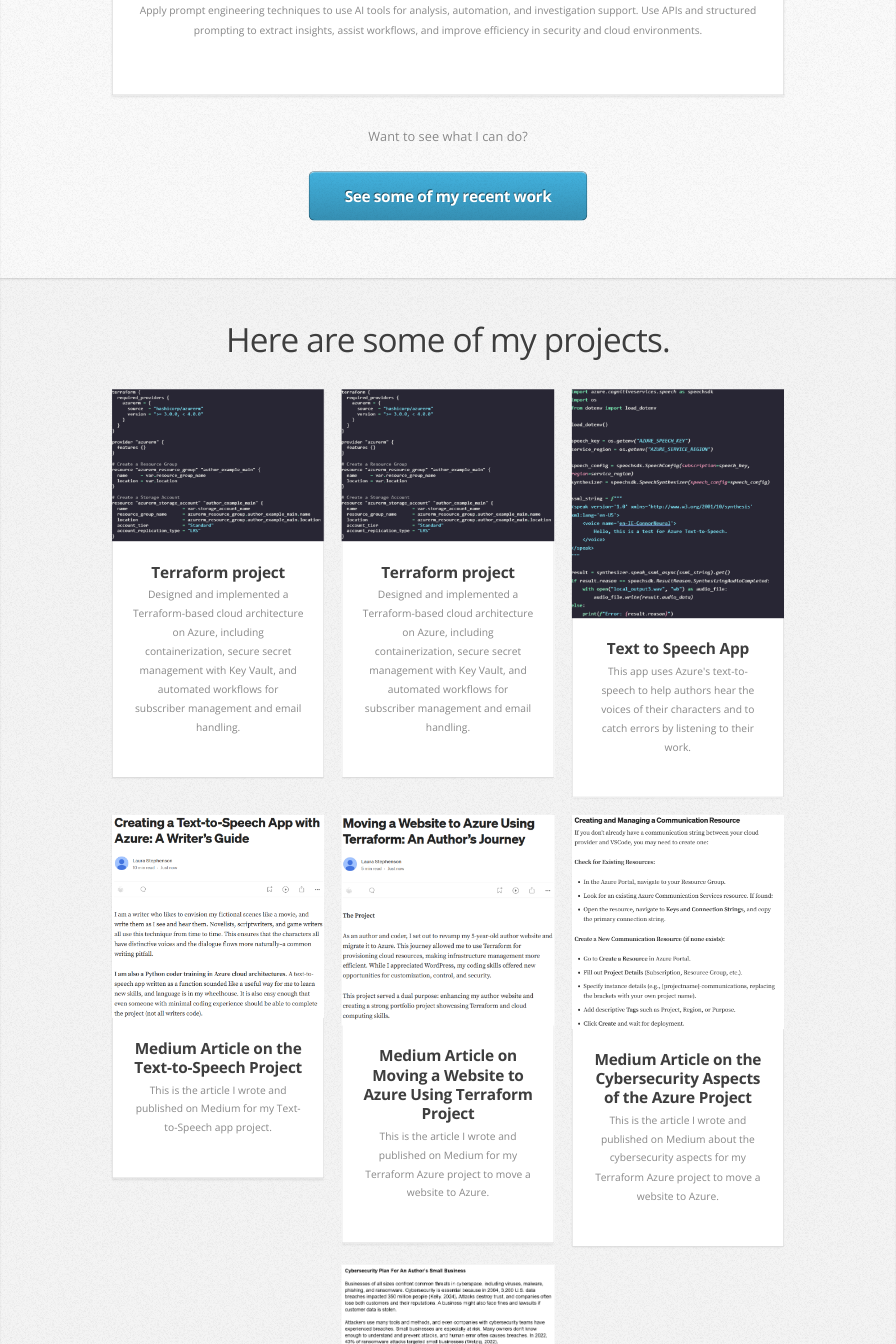
Repository: lauralstephenson/Portfolio_Personal
Page: index.html
An editor plug-in stored every save of this project. The page is shown before and after the next save, followed by the edit.
The browser window is 1280 px wide. The pictures show the part of the page from y = 1613 to 3533 px (the page is 4482 px tall), at 70% of full size.
A picture or video elsewhere on the page could not be fetched, so the positions and the page height are approximate.

Above is the page before, as saved 2026-04-23 15:58:23.

After the next save:
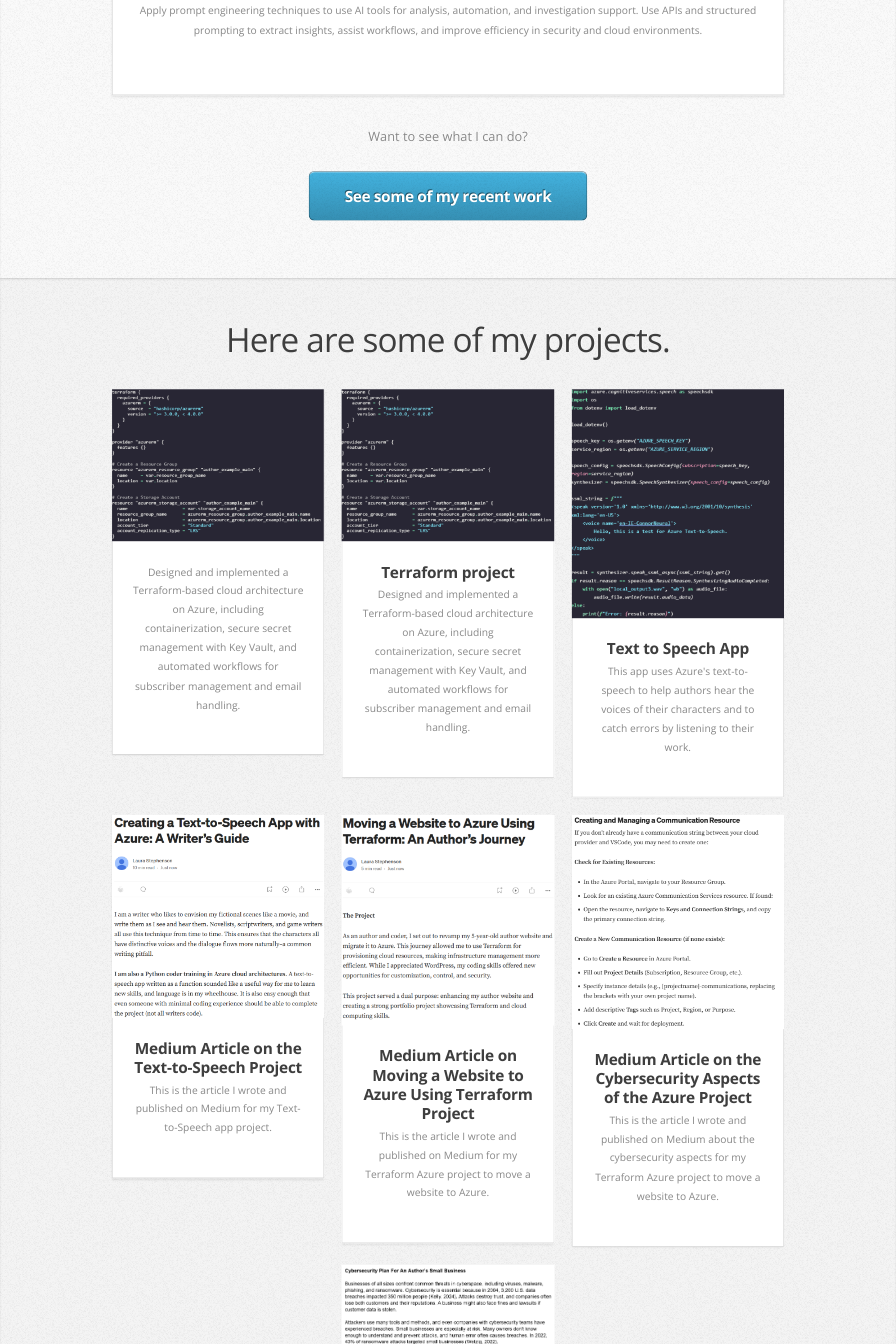
Saved 33 s later.
--- a/index.html
+++ b/index.html
@@ -108,7 +108,7 @@
 							<article class="box style2">
 								<div class="box-content">
 									<a href="https://github.com/lauralstephenson/pseudocode_terraform_examples_for_website" class="image featured"><img src="images\terraform_portfolio_pic.png" alt="" /></a>
-									<h3><a href="https://github.com/lauralstephenson/pseudocode_terraform_examples_for_website">Terraform project</a></h3>
+									<h3><a href="https://github.com/lauralstephenson/pseudocode_terraform_examples_for_website"></a></h3>
 									<p>Designed and implemented a Terraform-based cloud architecture on Azure, including containerization, secure secret management with Key Vault, and automated workflows for subscriber management and email handling.</p>
 									</p>
 								</div>
